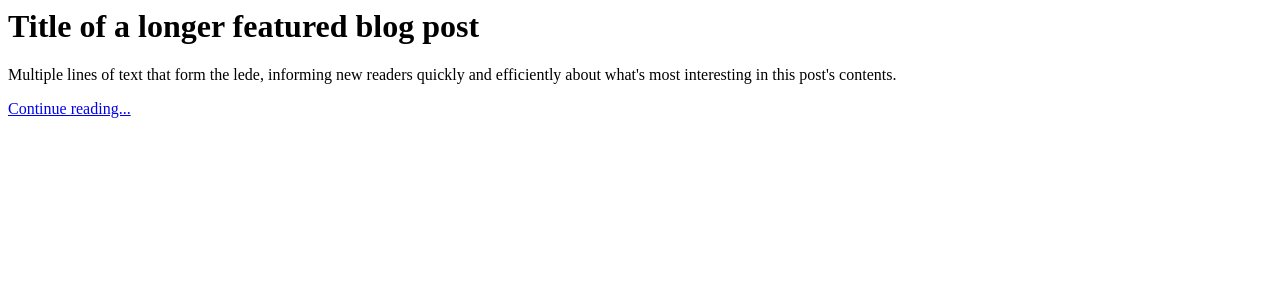
Repository: tanviredu/Data
Page: 27_django_forms/DJANGO_FORMS/FORMS_PROJECT/templates/title.html
An editor plug-in stored every save of this project. The page is shown before and after the next save, followed by the edit.
The browser window is 1280 px wide. The pictures show the whole page.

Above is the page before, as saved 2020-07-11 21:45:52.

### 27_django_forms/DJANGO_FORMS/FORMS_PROJECT/templates/title.html
<div class="jumbotron p-3 p-md-5 text-white rounded bg-dark">
  <div class="col-md-6 px-0">
    <h1 class="display-4 font-italic">Title of a longer featured blog post</h1>
    <p class="lead my-3">
      Multiple lines of text that form the lede, informing new readers quickly
      and efficiently about what's most interesting in this post's contents.
    </p>
    <p class="lead mb-0">
      <a href="#" class="text-white font-weight-bold">Continue reading...</a>
    </p>
  </div>
</div>

After the next save:
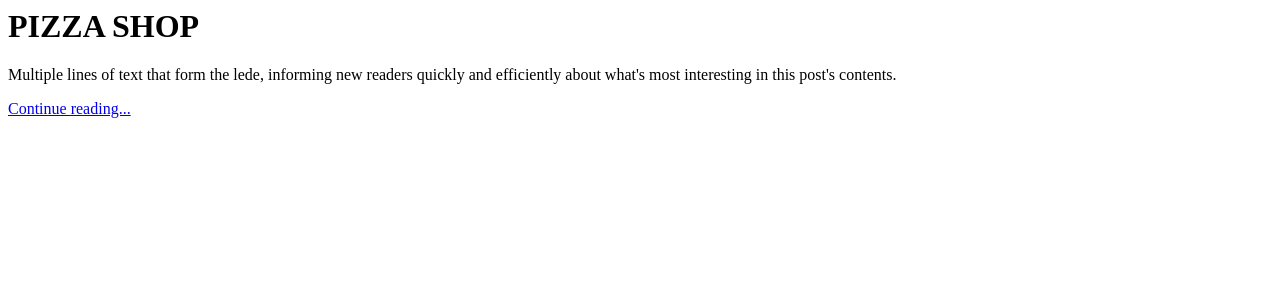
Saved 46 s later.
--- a/27_django_forms/DJANGO_FORMS/FORMS_PROJECT/templates/title.html
+++ b/27_django_forms/DJANGO_FORMS/FORMS_PROJECT/templates/title.html
@@ -1,6 +1,6 @@
 <div class="jumbotron p-3 p-md-5 text-white rounded bg-dark">
   <div class="col-md-6 px-0">
-    <h1 class="display-4 font-italic">Title of a longer featured blog post</h1>
+    <h1 class="display-4 font-italic">PIZZA SHOP</h1>
     <p class="lead my-3">
       Multiple lines of text that form the lede, informing new readers quickly
       and efficiently about what's most interesting in this post's contents.
